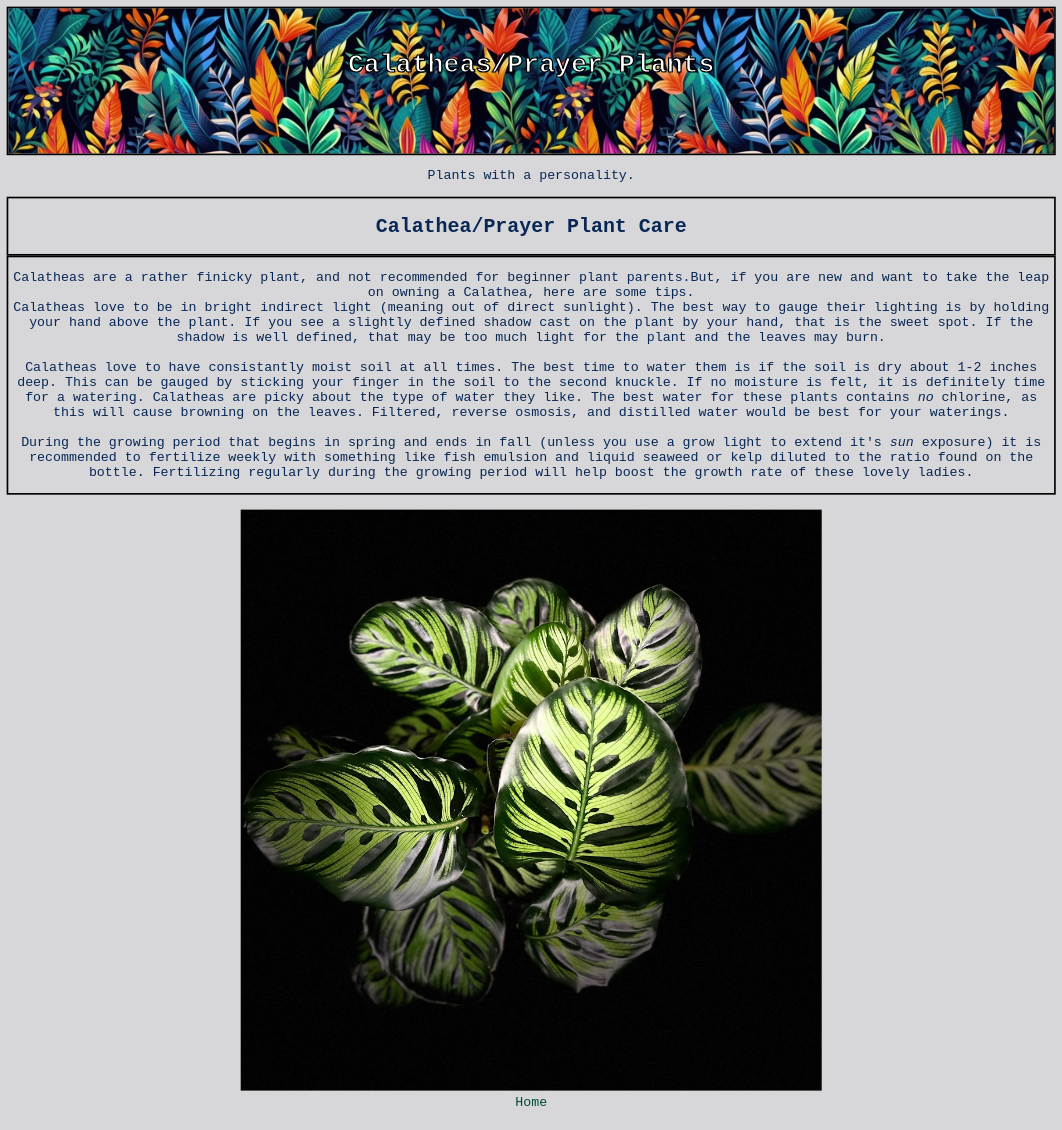
Repository: swillis91/odin-recipies
Page: Planty Page/calatheas.html
The author's editor kept a copy of each file at every save. The page is drawn from the files as they stood at one save, then again after the next save.
The browser window is 1280 px wide. The pictures show the whole page, at 83% of full size.

Above is the page before, as saved 2023-08-14 23:23:31.

### Planty Page/calatheas.html
<!DOCTYPE html>
    <html>
        <head>
            <title>Calatheas</title>
            <link href="style.css" rel="stylesheet"
        </head>
        <body>
            <h1 class="heading"><b>Calatheas/Prayer Plants</b></h1>
              <p>Plants with a personality.</p>
            <div class="box">
                <h2 class="species">Calathea/Prayer Plant Care</h2>
            </div>
            <div class="box">
              <p class="care">Calatheas are a rather finicky plant, and not recommended for beginner plant parents.But, if you are new and want to take the leap on owning a Calathea, here are some tips.
                <br>
                Calatheas love to be in bright indirect light (meaning out of direct sunlight). The best way to gauge their lighting is by holding your hand above the plant. If you see a slightly defined shadow cast on the plant by your hand, that is the sweet spot. If the shadow is well defined, that may be too much light for the plant and the leaves may burn.
                <br><br>
                Calatheas love to have consistantly moist soil at all times. The best time to water them is if the soil is dry about 1-2 inches deep. This can be gauged by sticking your finger in the soil to the second knuckle. If no moisture is felt, it is definitely time for a watering. Calatheas are picky about the type of water they like. The best water for these plants contains <em>no</em> chlorine, as this will cause browning on the leaves. Filtered, reverse osmosis, and distilled water would be best for your waterings.
                <br><br>
                During the growing period that begins in spring and ends in fall (unless you use a grow light to extend it's <i>sun</i> exposure) it is recommended to fertilize weekly with something like fish emulsion and liquid seaweed or kelp diluted to the ratio found on the bottle. Fertilizing regularly during the growing period will help boost the growth rate of these lovely ladies.</p>
            </div>
            <br>
                <img src="./Images/makoyana.webp" id="calathea makoyana" width="700px">
            <footer>
                <nav>
                    <a href="./index.html" class="navigation">Home</a>

                </nav>
            </footer>
        </body>
    </html>

### Planty Page/style.css
body{
    background-color: rgb(215, 215, 217);
    color:rgb(8, 39, 85);
    text-align: center;
    font-family: 'Permanent Marker', cursive;
    font-family: 'Space Mono', monospace;
}

.heading{
    color: rgb(0, 0, 0);
    -webkit-text-fill-color: rgb(255, 255, 255);
    -webkit-text-stroke-width: 1.5px;
    -webkit-text-stroke-color: rgb(0, 0, 0);
    text-transform: capitalize;
    border: 2px solid rgb(0, 3, 3);
    background-image: url('Images/banner.jpg');
    height: 75px;
    margin: 0 auto;
    padding:50px 20px;

}

div.box{
    border:2px solid black;
    display: flex;
    margin-left: auto;
    flex-direction:column;
    align-content: center;
}

#calathea-makoyana{
    width: 500px;
    Height: auto:
}

.navigation{
    color:rgb(1, 75, 56);
    text-decoration: none;
}

a:hover{
    color: rgb(20, 220, 2);
    background-color: rgb(5, 55, 1);
}

After the next save:
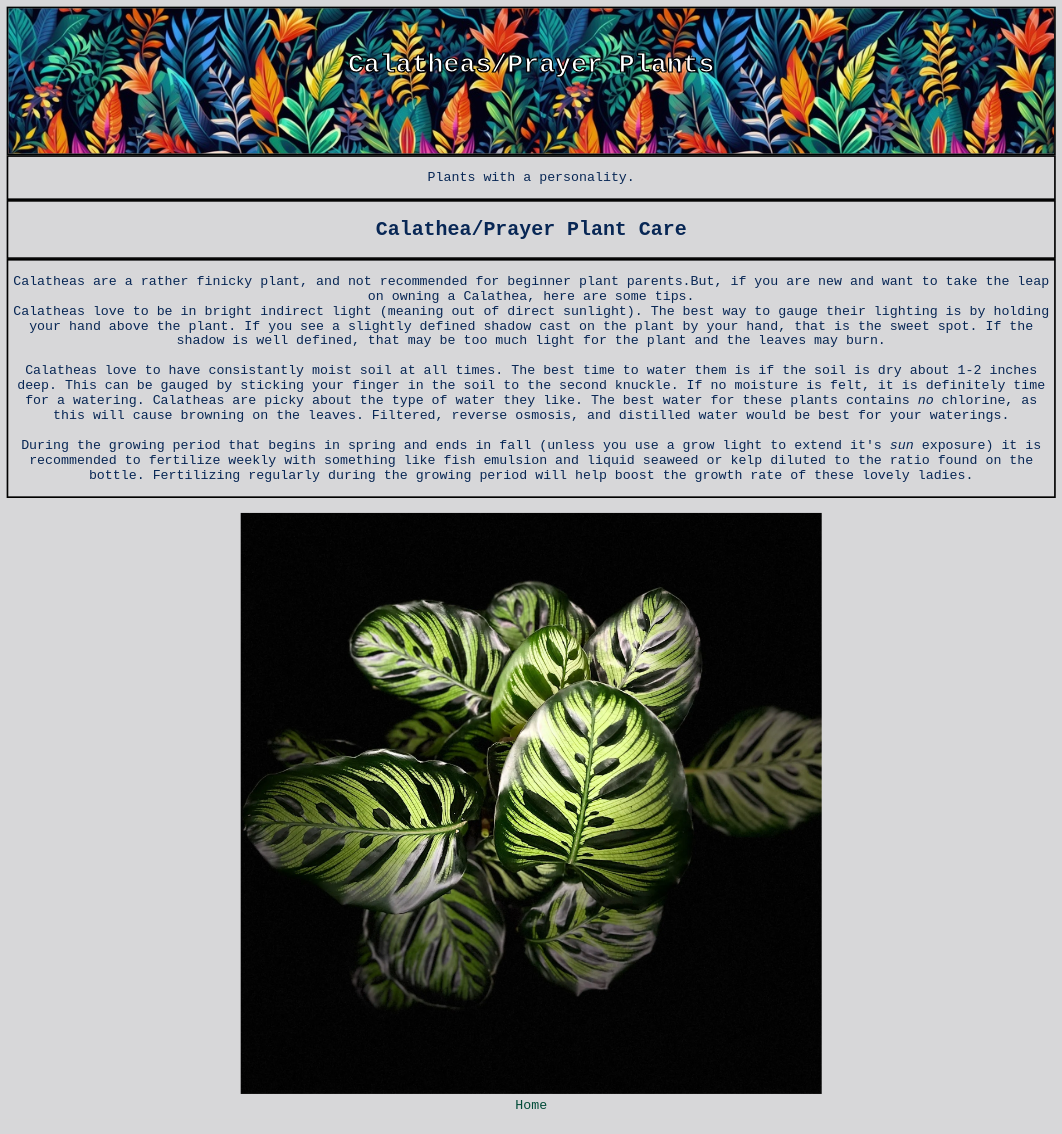
Saved 18 s later.
--- a/Planty Page/calatheas.html
+++ b/Planty Page/calatheas.html
@@ -6,7 +6,9 @@
         </head>
         <body>
             <h1 class="heading"><b>Calatheas/Prayer Plants</b></h1>
+            <div class="box">
               <p>Plants with a personality.</p>
+            </div>
             <div class="box">
                 <h2 class="species">Calathea/Prayer Plant Care</h2>
             </div>
